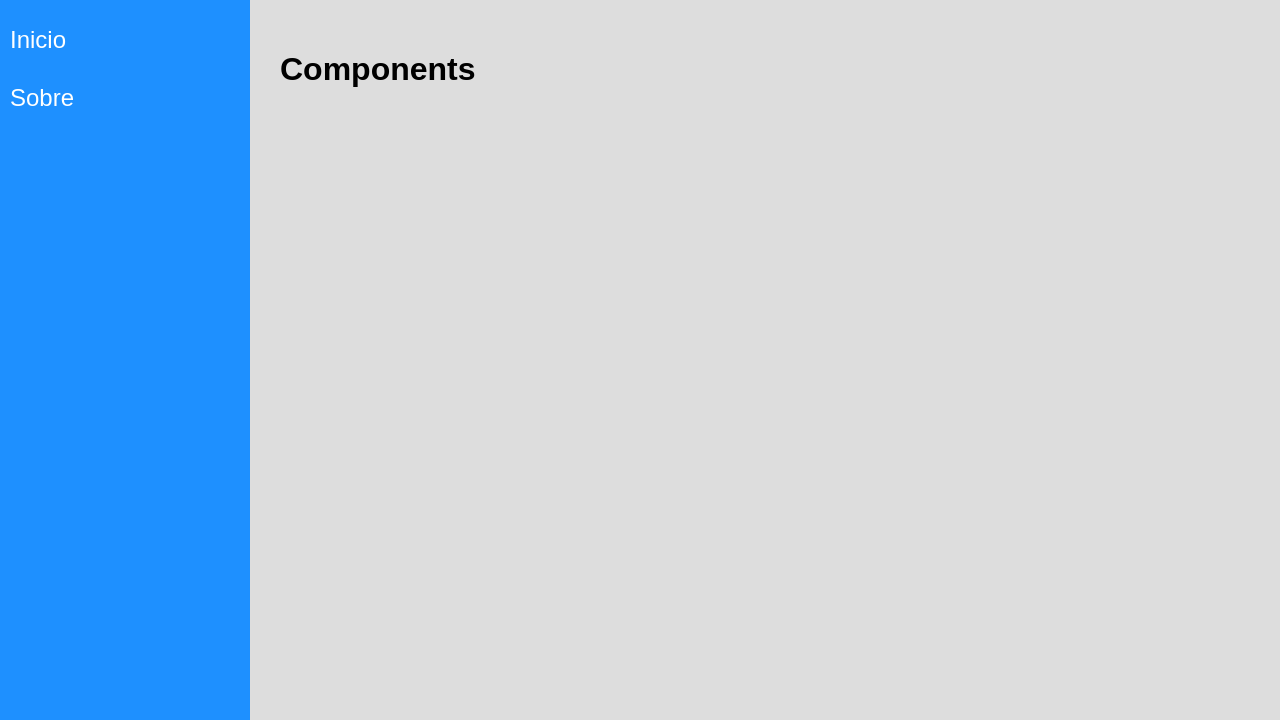
Repository: mateus-henrique-silva/estudos-react
Page: /
An editor plug-in stored every save of this project. The page is shown before and after the next save, followed by the edit.
The browser window is 1280 px wide. The pictures show the whole page.
The project was rebuilt for these pictures with package versions that can differ from the ones it lists, and the page was loaded fresh each time. A package was used in the major version that the imports need, not the one package.json lists.

Above is the page before, as saved 2022-07-11 12:43:58.

### public/index.html
<!DOCTYPE html>
<html lang="en">
  <head>
    <meta charset="utf-8" />
    <link rel="icon" href="%PUBLIC_URL%/favicon.ico" />
    <meta name="viewport" content="width=device-width, initial-scale=1" />
    <title>React App</title>
  </head>
  <body>
    <noscript>You need to enable JavaScript to run this app.</noscript>
    <div id="root"></div>

  </body>
</html>

### src/index.js
import React from 'react';
import ReactDOM from 'react-dom/client';
import App from './Views/App';
import reportWebVitals from './reportWebVitals';
import "./index.css"

const root = ReactDOM.createRoot(document.getElementById('root'));
root.render(
  <React.StrictMode>
    <App />
  </React.StrictMode>
);

// If you want to start measuring performance in your app, pass a function
// to log results (for example: reportWebVitals(console.log))
// or send to an analytics endpoint. Learn more: https://bit.ly/CRA-vitals
reportWebVitals();

### src/Views/App.jsx
import React from "react";
import Content from "../Components/Content/Content";
import Menu from "../Components/Menu/Menu";
import "../Views/App.css";
import { BrowserRouter as Router } from "react-router-dom";

function App() {
  return (
    <div className="App">
      <Router>
        <Menu />
        <Content />
      </Router>
    </div>
  );
}

export default App;

### src/index.css
*{
    font-family:sans-serif;
}

body{
    margin:0;

}

### src/Components/Content/Content.jsx
import React from 'react'
import "./Content.css"
import {Switch, Route} from "react-router-dom"

const Content = props => (
    <div className="content" >
       <h1>Components</h1>
    </div>

)
export default Content

### src/Components/Menu/Menu.jsx
import React from "react";
import "./Menu.css";

const Menu = (props) => (
  <aside className="Menu">
    <nav>
      <ul>
        <li>
          <a href="#">Inicio</a>
        </li>

        <li>
          <a href="#">Sobre</a>
        </li>
      </ul>
    </nav>
  </aside>
);

export default Menu;

### src/Views/App.css
.App{
    display:flex;
    height: 100vh;
}

### src/Components/Content/Content.css
.content{
    display:flex;
    flex-grow: 1;
    background-color: #ddd;
    padding:30px;
}

### src/Components/Menu/Menu.css
.Menu{
    display:flex;
    flex-basis: 250px;
    background-color:#1e90ff;



}

.Menu ul{
    list-style:none;
    padding:0;
}

.Menu li{
    display:flex;

}

.Menu nav{
    flex-grow:1;

}

.Menu li a{
    flex:1;
    margin-bottom: 10px;
    text-decoration: none;
    color: white;
    font-size:1.5rem;
    padding:10px;
}


.Menu li a:hover{
 background: #00000020;
}

Loaded but not shown: src/reportWebVitals.js (common file)

After the next save:
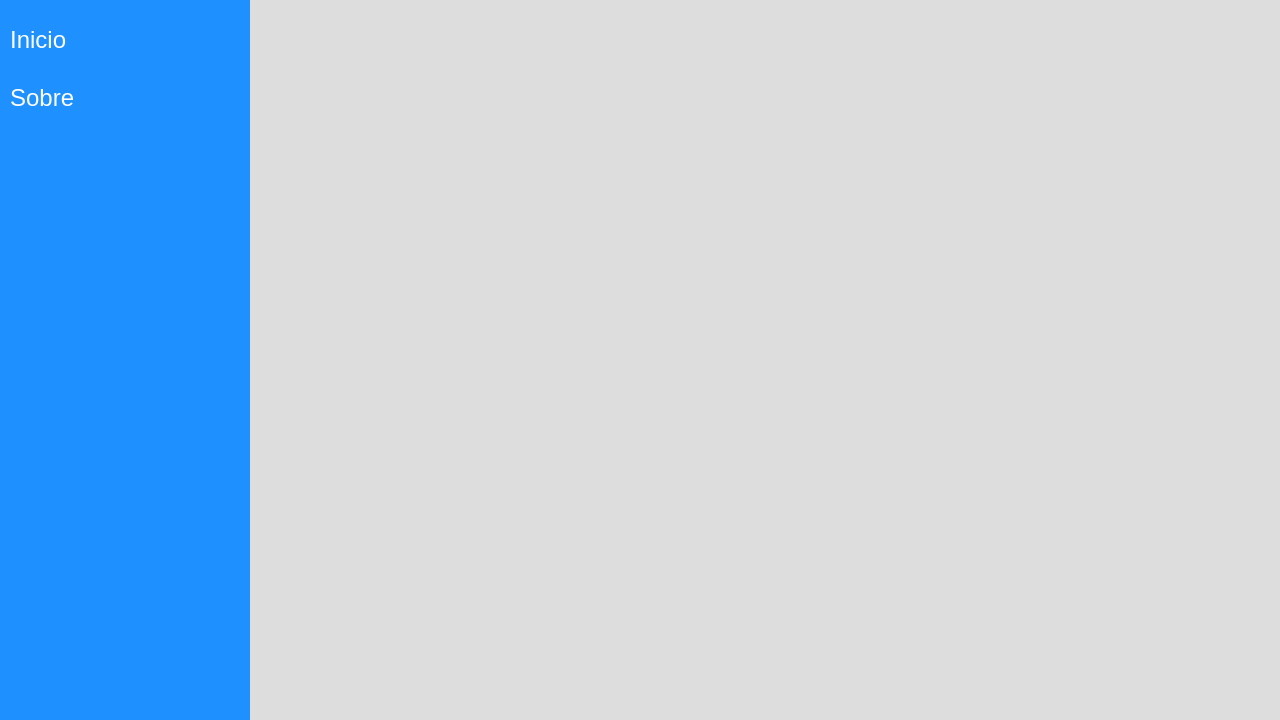
Saved 10 s later.
--- a/src/Components/Content/Content.jsx
+++ b/src/Components/Content/Content.jsx
@@ -4,7 +4,7 @@ import {Switch, Route} from "react-router-dom"
 
 const Content = props => (
     <div className="content" >
-       <h1>Components</h1>
+
     </div>
 
 )
